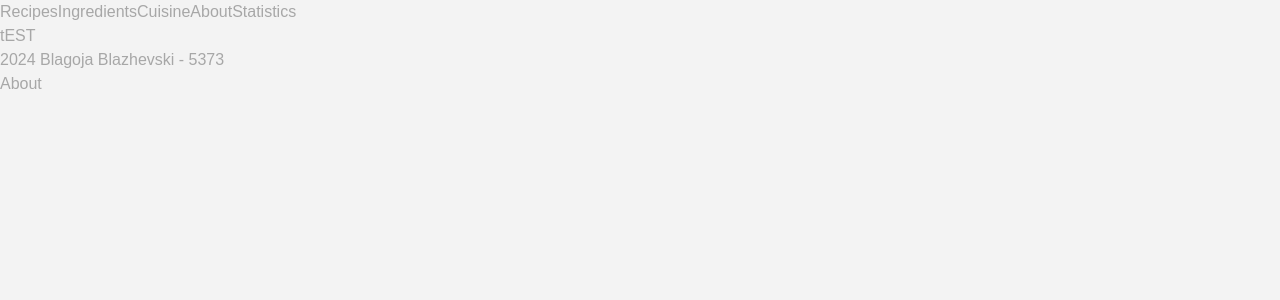
Repository: sweko/uacs-internet-programming-exams
Page: /Recipes (app in part-time/code/5373-blagoja-blazevski/final-exam-internet-programming/)
An editor plug-in stored every save of this project. The page is shown before and after the next save, followed by the edit.
The browser window is 1280 px wide. The pictures show the whole page.
The page's requests for data from a server got no answer. The project was rebuilt for these pictures with package versions that can differ from the ones it lists, and the page was loaded fresh each time. The framework's server and built-in components were replaced by stand-ins that run in the browser. No one was signed in, and anything a server would have sent is missing. Also part of the build but not shown: part-time/code/5373-blagoja-blazevski/final-exam-internet-programming/next.config.mjs.

Above is the page before, as saved 2024-10-01 20:54:56.

### part-time/code/5373-blagoja-blazevski/final-exam-internet-programming/app/layout.tsx
import type { Metadata } from "next";
import localFont from "next/font/local";
import "./globals.css";
import Footer from "@/components/Footer";
import Header from "@/components/Header";

export const metadata: Metadata = {
  title: "Blagoja Blazhevski - 5373",
  description: "Solution for final exam",
};

export default function RootLayout({
  children,
}: Readonly<{
  children: React.ReactNode;
}>) {
  return (
    <html lang="en">
      <body>
        <div className="flex flex-col min-h-screen bg-background text-[#1c1c20]">
          <Header />
          {children}
          <Footer />
        </div>
      </body>
    </html>
  );
}

### part-time/code/5373-blagoja-blazevski/final-exam-internet-programming/app/Recipes/page.tsx
"use client";

import useFetchData from "@/utils/CallAxiosMethod";
import Image from "next/image";
import { usePathname, useRouter, useSearchParams } from "next/navigation";
import { useEffect } from "react";

export default function Recipes() {
  const router = useRouter();

  const objectName = usePathname().substring(1);
  console.log(objectName);

  const res = useFetchData({ objectName, method: "GET" });

  useEffect(() => {
    if (!res.isLoading) {
      if (res.status === 200) {
        console.log(res.data);
      }
    }
  }, [res.isLoading]);

  return (
    <div>
      <main>tEST</main>
    </div>
  );
}

### part-time/code/5373-blagoja-blazevski/final-exam-internet-programming/app/globals.css
@tailwind base;
@tailwind components;
@tailwind utilities;

:root {
  --background: #f3f3f3;
  --foreground: #a7a7a7;
}

body {
  color: var(--foreground);
  background: var(--background);
  font-family: Arial, Helvetica, sans-serif;
}

@layer utilities {
  .text-balance {
    text-wrap: balance;
  }
}

### part-time/code/5373-blagoja-blazevski/final-exam-internet-programming/components/Footer.tsx
import Link from "next/link";
import React from "react";

const Footer = () => {
  const student = {
    id: 5373,
    name: "Blagoja Blazhevski",
  };
  return (
    <footer className="flex flex-col gap-2 sm:flex-row py-6 w-full shrink-0 items-center px-4 md:px-6 border-t">
      <p className="text-xs text-muted-foreground">
        {new Date().getFullYear()} {student.name} - {student.id}
      </p>
      <nav className="sm:ml-auto flex gap-4 sm:gap-6">
        <Link className="text-xs hover:underline underline-offset-4" href="#">
          About
        </Link>
      </nav>
    </footer>
  );
};

export default Footer;

### part-time/code/5373-blagoja-blazevski/final-exam-internet-programming/components/Header.tsx
import Link from "next/link";
import React from "react";

const Header = () => {
  return (
    <header className="px-4 lg:px-6 h-14 flex items-center bg-[#ff5353] text-white">
      <nav className="ml-auto flex gap-4 sm:gap-6">
        <Link
          className="text-sm font-medium hover:underline underline-offset-4"
          href="/Recipes"
        >
          Recipes
        </Link>
        <Link
          className="text-sm font-medium hover:underline underline-offset-4"
          href="#"
        >
          Ingredients
        </Link>
        <Link
          className="text-sm font-medium hover:underline underline-offset-4"
          href="#"
        >
          Cuisine
        </Link>
        <Link
          className="text-sm font-medium hover:underline underline-offset-4"
          href="#"
        >
          About
        </Link>
        <Link
          className="text-sm font-medium hover:underline underline-offset-4"
          href="#"
        >
          Statistics
        </Link>
      </nav>
    </header>
  );
};

export default Header;

### part-time/code/5373-blagoja-blazevski/final-exam-internet-programming/utils/CallAxiosMethod.ts
import { useState, useEffect } from "react";
import axios, { AxiosError, AxiosResponse, Method } from "axios";
import { IData, IFetchOptions } from "./CommonInterfaces";

const useFetchData = ({ objectName, method, body }: IFetchOptions) => {
  const [isLoading, setIsLoading] = useState<boolean>(true);
  const [data, setData] = useState<IData[] | IData>([]);
  const [status, setStatus] = useState<number>(0);
  const [error, setError] = useState<string | null>(null);

  const url = `http://localhost:2999/${objectName}`;

  useEffect(() => {
    const fetchData = async () => {
      setIsLoading(true);
      try {
        let res: AxiosResponse;
        if (method === "GET" || method === "DELETE") {
          res = await axios({ url, method });
        } else if (method === "POST" || method === "PATCH") {
          res = await axios({ url, method, data: body });
        } else {
          throw new Error("Unsupported method");
        }
        setData(res.data);
        setStatus(res.status);
        setError(null);
      } catch (err: AxiosError | any) {
        setData([]);
        setStatus(err.response?.status || 500);
        setError(err.message);
      } finally {
        setIsLoading(false);
      }
    };

    fetchData();
  }, []);

  return { isLoading, data, status, error };
};

export default useFetchData;

After the next save:
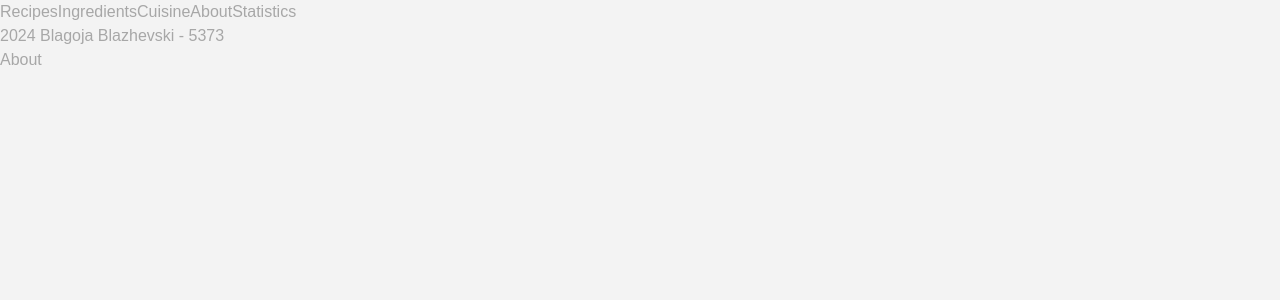
Saved 22 s later.
--- a/part-time/code/5373-blagoja-blazevski/final-exam-internet-programming/app/Recipes/page.tsx
+++ b/part-time/code/5373-blagoja-blazevski/final-exam-internet-programming/app/Recipes/page.tsx
@@ -22,8 +22,10 @@ export default function Recipes() {
   }, [res.isLoading]);
 
   return (
-    <div>
-      <main>tEST</main>
-    </div>
+    <main className="flex-1">
+      <section className="w-full py-16 lg:py-14">
+        <div className="flex flex-col items-center space-y-4 text-center"></div>
+      </section>
+    </main>
   );
 }
